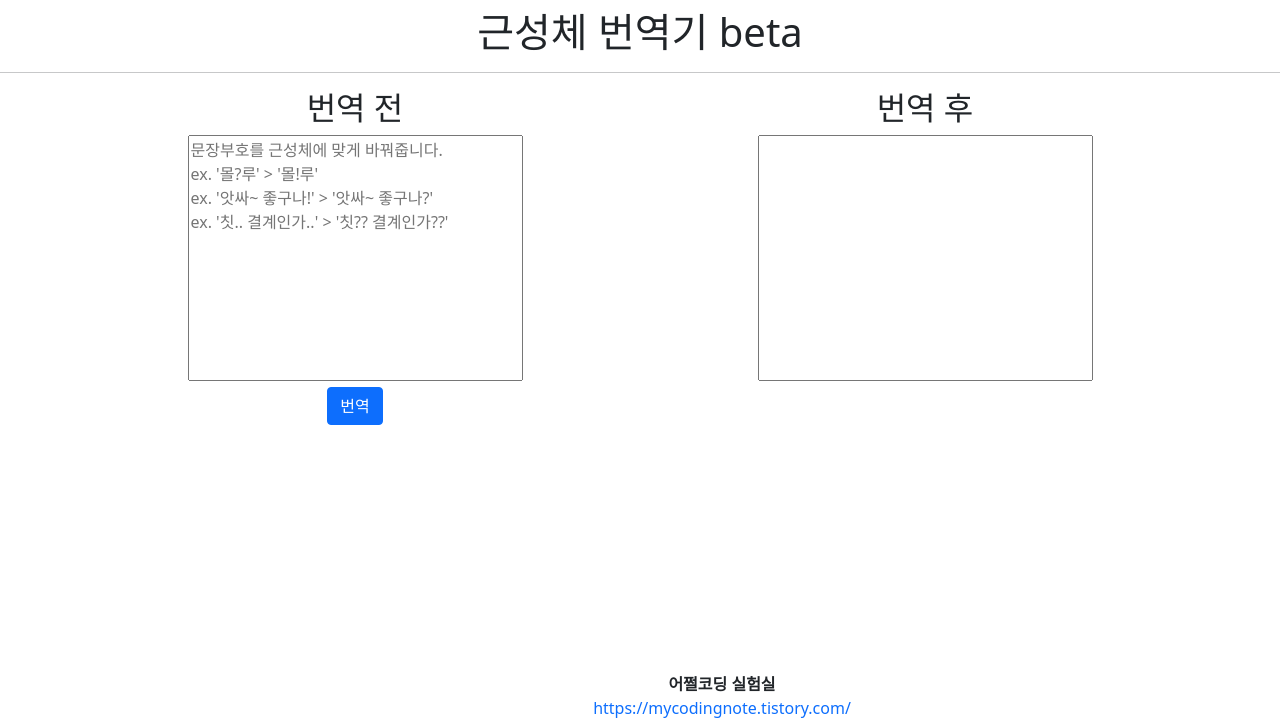
Repository: mickey530/jsp_practice
Page: http://localhost/JSPBasic/sungmo_send.jsp
An editor plug-in stored every save of this project. The page is shown before and after the next save, followed by the edit.
The browser window is 1280 px wide. The pictures show the whole page.
The page is served by Tomcat 9.

Above is the page before, as saved 2022-02-05 17:14:58.

### JSPBasic/src/main/webapp/sungmo_send.jsp
<%@ page language="java" contentType="text/html; charset=UTF-8"
    pageEncoding="UTF-8"%>
<!DOCTYPE html>
<html>
<head>
<meta charset="UTF-8">
<!-- 미디어 쿼리 -->
<meta name="viewport" content="width=device-width, initial-scale=1">
<!-- 부트스트랩 링크 -->
<link href="https://cdn.jsdelivr.net/npm/bootstrap@5.1.3/dist/css/bootstrap.min.css" rel="stylesheet" integrity="sha384-1BmE4kWBq78iYhFldvKuhfTAU6auU8tT94WrHftjDbrCEXSU1oBoqyl2QvZ6jIW3" crossorigin="anonymous">
<style>
	header {margin:8px; position:stickey; top:0px;}
	h1, h2 {text-align:center;}
	textarea {resize:none;}
	footer {
		width:100%;
		text-align:center;
		position:fixed;
		bottom:0px;
		}
	a {text-decoration:none;}

</style>
<title>근성체 번역기</title>
</head>
<body>
<header>

	<h1>근성체 번역기 beta</h1>

</header>

<hr/>

<div class="container-md">

	<div class="row">

		<div class="col">
			<h2>번역 전</h2>
			<form action="sungmo_getpost.jsp" method="get" style="text-align:center">
				<textarea name="text" placeholder="문장부호를 근성체에 맞게 바꿔줍니다.&#13;&#10;ex. '몰?루' > '몰!루'&#13;&#10;ex. '앗싸~ 좋구나!' > '앗싸~ 좋구나?'&#13;&#10;ex. '칫.. 결계인가..' > '칫?? 결계인가??' " rows="10" cols="34" resize="none"></textarea><br/>
				<input type="submit" class="btn btn-primary" value="번역"/>
			</form>
		</div>

		<div class="col">
			<h2>번역 후</h2>
			<div class="result">

				<form action="sungmo_getpost.jsp" method="get" style="text-align:center">
					<textarea name="text" rows="10" cols="34"></textarea><br/>
				</form>

			</div>

	</div>

</div>

<footer>
	<strong>어쩔코딩 실험실</strong><br/>
	<a href="https://mycodingnote.tistory.com/">https://mycodingnote.tistory.com/</a>
</footer>

</body>
</html>

After the next save:
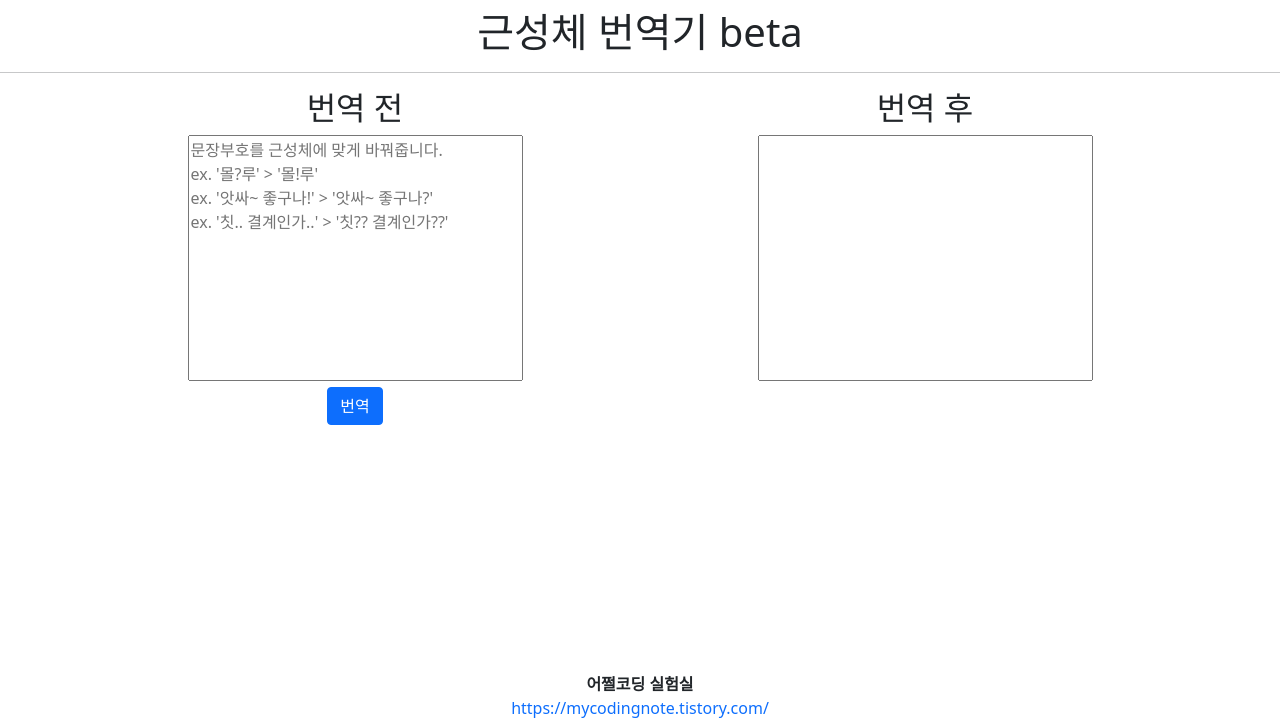
Saved 70 s later.
--- a/JSPBasic/src/main/webapp/sungmo_send.jsp
+++ b/JSPBasic/src/main/webapp/sungmo_send.jsp
@@ -16,6 +16,7 @@
 		width:100%;
 		text-align:center;
 		position:fixed;
+		left:0px;
 		bottom:0px;
 		}
 	a {text-decoration:none;}
